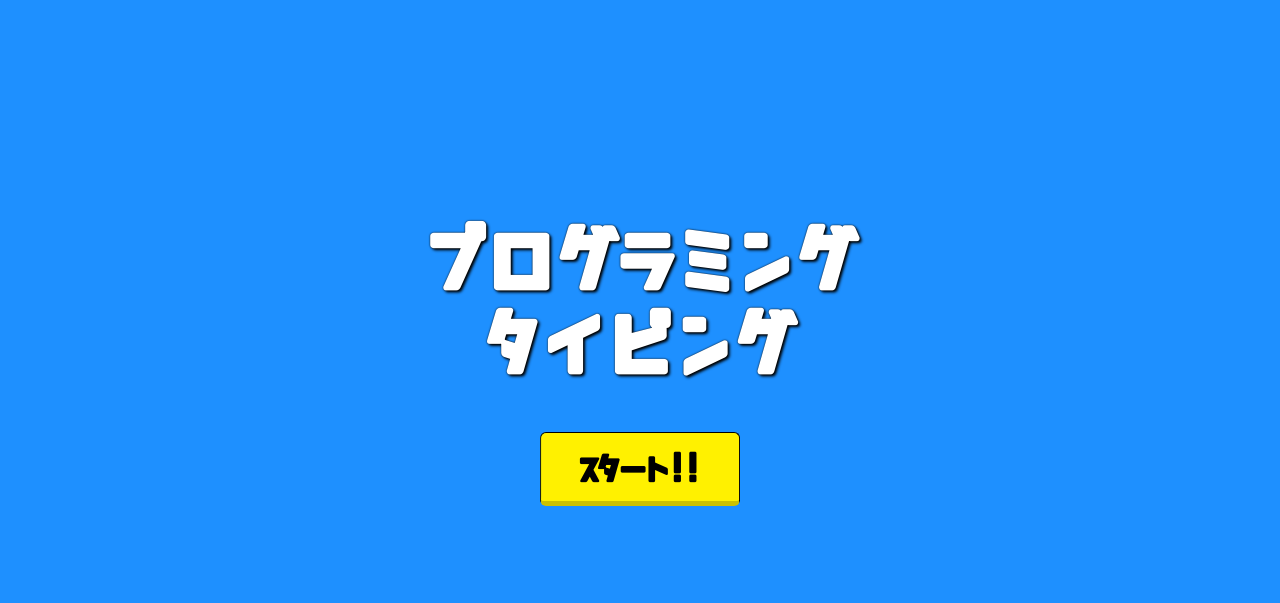
Repository: kenta7255/typing-game
Page: index.html
The author's editor kept a copy of each file at every save. The page is drawn from the files as they stood at one save, then again after the next save.
The browser window is 1280 px wide. The pictures show the whole page.
The style sheet was rebuilt from its Sass, Less or Tailwind sources for each picture, by a compiler version that may differ from the author's.

Above is the page before, as saved 2021-04-11 12:25:06.

After the next save:
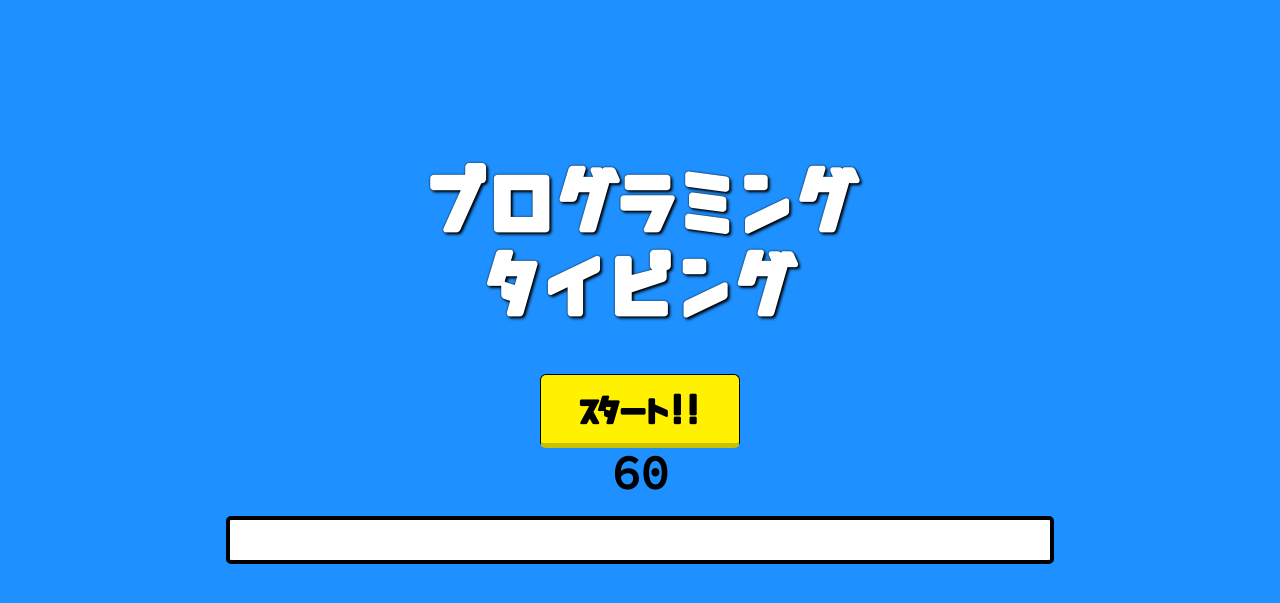
Console error: SyntaxError: missing ) after argument list
Saved 43 min 19 s later.
--- a/script.js
+++ b/script.js
@@ -20,10 +20,11 @@
 
 
 let checkTexts = [];
+console.log(Object.keys(textLists).length);
 
 const createText = () => {
   const p = document.getElementById('text');
-  const rand = Math.floor(Math.random() * textLists.length);
+  const rand = Math.floor(Math.random() * textLists.keys()length);
 
   p.textContent = '';
 

After the save that followed:
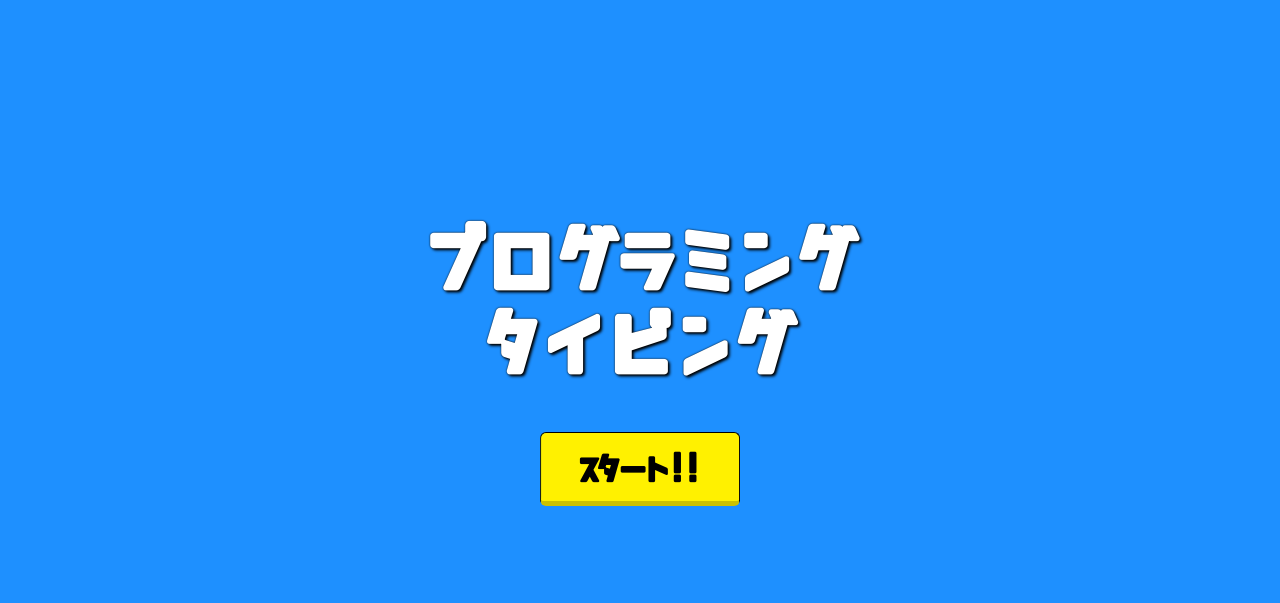
The error is gone.
Saved 45 s later.
--- a/script.js
+++ b/script.js
@@ -24,7 +24,7 @@
 
 const createText = () => {
   const p = document.getElementById('text');
-  const rand = Math.floor(Math.random() * textLists.keys()length);
+  // const rand = Math.floor(Math.random() * textLists.keys()length);
 
   p.textContent = '';
 
